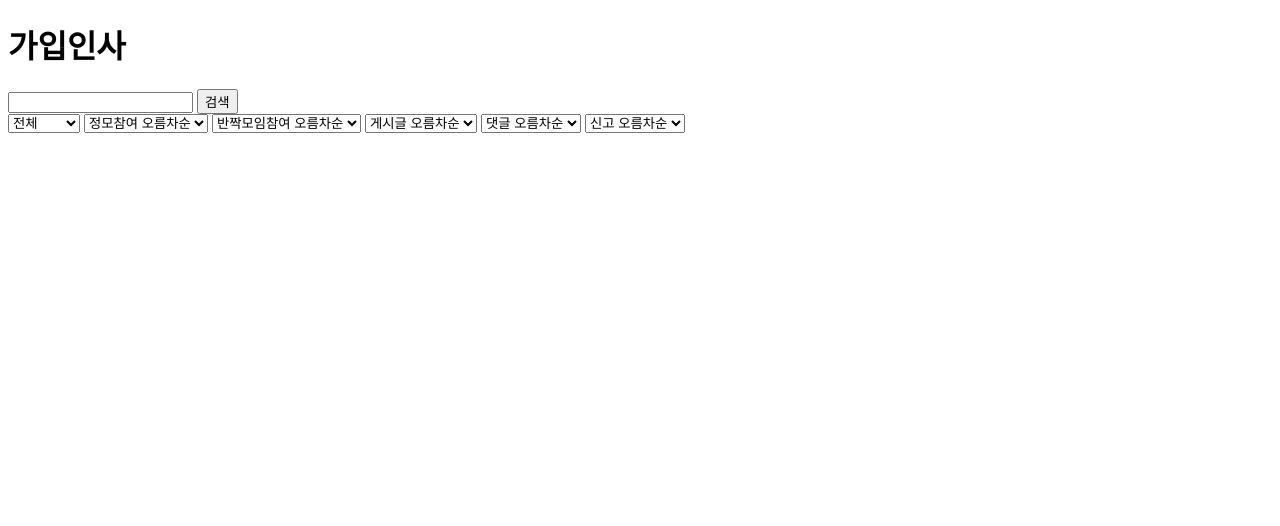
Repository: hyodii/FinalProject
Page: http://localhost/ViewPage/beeAdminMemberList.jsp
An editor plug-in stored every save of this project. The page is shown before and after the next save, followed by the edit.
The browser window is 1280 px wide. The pictures show the whole page.
The page is served by Tomcat 9.

Above is the page before, as saved 2021-12-12 09:03:45.

### ViewPage/WebContent/beeAdminMemberList.jsp
<%@ page contentType="text/html; charset=UTF-8"%>
<%@ taglib prefix="c" uri="http://java.sun.com/jsp/jstl/core"%>
<%
   request.setCharacterEncoding("UTF-8");
   String cp = request.getContextPath();
%>
<!DOCTYPE html>
<html>
<head>
<meta charset="UTF-8">
<title>beeAdminMemberList.jsp</title>
<style type="text/css">


.circle
{
	width: 80px;
	height: 80px;
	border-radius:50%;
	background:orange;
	margin : 10%;
}

</style>

</head>
<body>

<!--
	beeAdminMemberList.jsp
	- 동아리 관리자 페이지- 회원관리 - 회원관리 - 동아리원 목록
-->
<div id="content">
     	<div>
         <h1>가입인사</h1>
		</div>

		<div class="boxsearch">

			<div id="search">
				<form action="" name="searchForm" method="post">
					<input type="text" name="searchValue" class="textField"> <input
							type="button" value="검색" class="btn2" onclick="sendIt()">
				</form>
			</div>


			<div class="box">
				<div>
					<form action="" method="post">
						<select name="adminMemberList"  class="selectField">
							<option value="all" selected="selected">전체</option>
							<option value="leader">동아리장</option>
							<option value="manager">총무</option>
							<option value="staff">스태프</option>
							<option value="member">동아리원</option>
						</select>

						<select name="adminMemberList"  class="selectField">
							<option value="asc" selected="selected">정모참여 오름차순</option>
							<option value="desc">정모참여 내림차순</option>
						</select>

						<select name="adminMemberList"  class="selectField">
							<option value="asc" selected="selected">반짝모임참여 오름차순</option>
							<option value="desc">반짝모임참여 내림차순</option>
						</select>

						<select name="adminMemberList"  class="selectField">
							<option value="asc" selected="selected">게시글 오름차순</option>
							<option value="desc">게시글 내림차순</option>
						</select>

						<select name="adminMemberList"  class="selectField">
							<option value="asc" selected="selected">댓글 오름차순</option>
							<option value="desc">댓글 내림차순</option>
						</select>

						<select name="adminMemberList"  class="selectField">
							<option value="asc" selected="selected">신고 오름차순</option>
							<option value="desc">신고 내림차순</option>
						</select>


					</form>
				</div>
			</div>


      	</div>
</div>

</body>
</html>

After the next save:
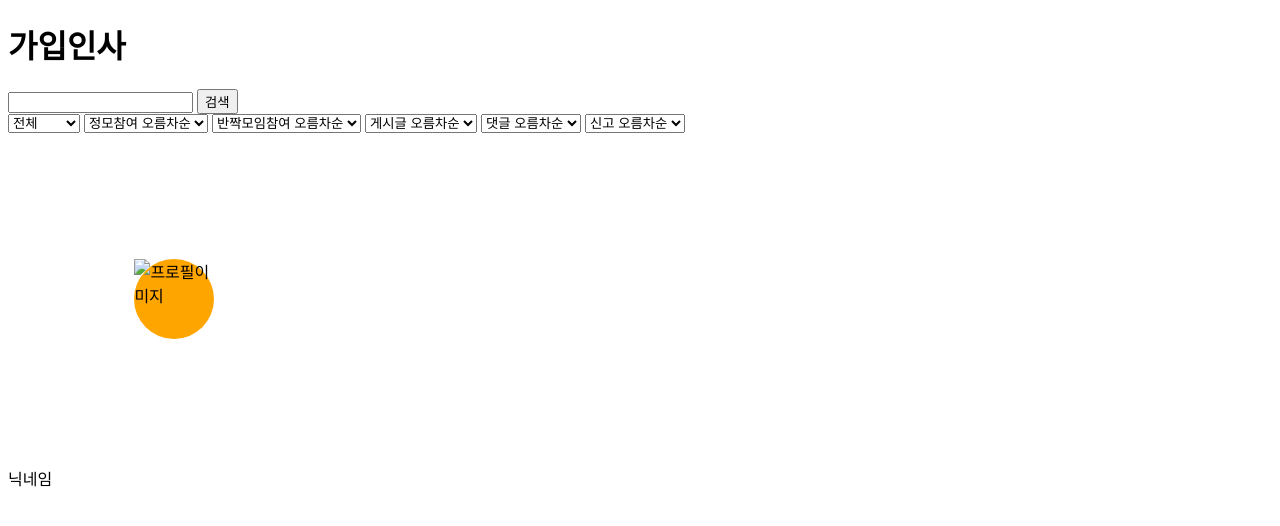
Saved 3 min 3 s later.
--- a/ViewPage/WebContent/beeAdminMemberList.jsp
+++ b/ViewPage/WebContent/beeAdminMemberList.jsp
@@ -86,6 +86,16 @@
 				</div>
 			</div>
 
+			<div class="profile">
+				<div class="circle">
+					<img alt="프로필이미지" src="">
+				</div>
+
+				<div>
+					닉네임
+				</div>
+			</div>
+
 
       	</div>
 </div>
